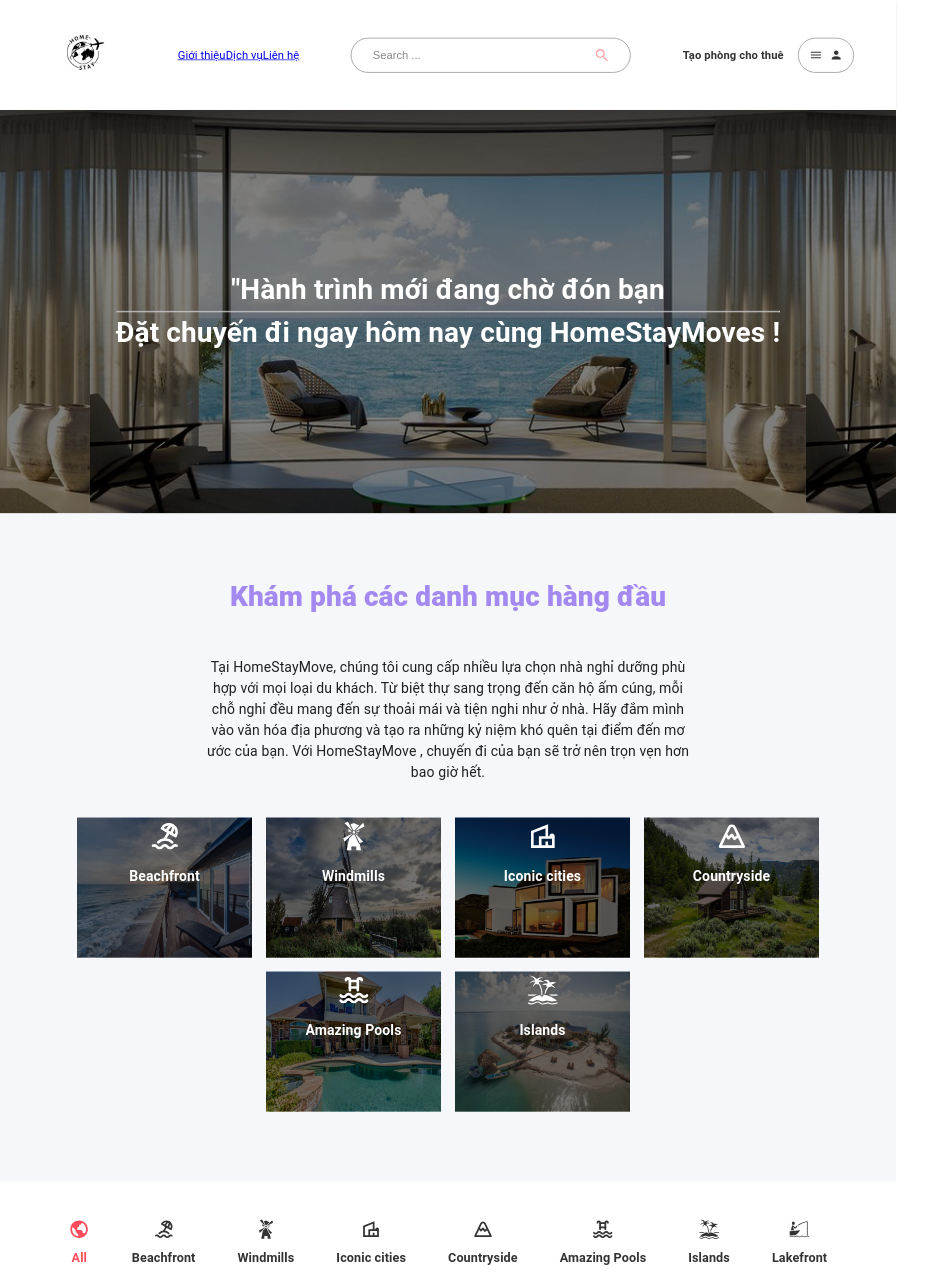
Repository: minhquang203/Homestay
Page: / (app in client/)
The author's editor kept a copy of each file at every save. The page is drawn from the files as they stood at one save, then again after the next save.
The browser window is 1280 px wide. The page is 1342 px wide, so the pictures cover 1342 px, including what lies to the right of the window. The pictures show the part of the page from y = 0 to 1840 px (the page is 2909 px tall), at 70% of full size.
The page's requests for data from a server got no answer. The project was rebuilt for these pictures with package versions that can differ from the ones it lists, and the page was loaded fresh each time. No one was signed in, and anything a server would have sent is missing. Also part of the build but not shown: client/src/styles/ListingCard.scss, client/src/components/ListingCard.jsx, client/src/styles/List.scss, client/src/pages/CategoryPage.jsx, client/src/styles/CreateListing.scss, client/src/styles/variable.scss, client/src/pages/CreateListing.jsx, client/src/styles/ListingDetails.scss and 17 more.

Above is the page before, as saved 2025-04-03 23:21:18.

After the next save:
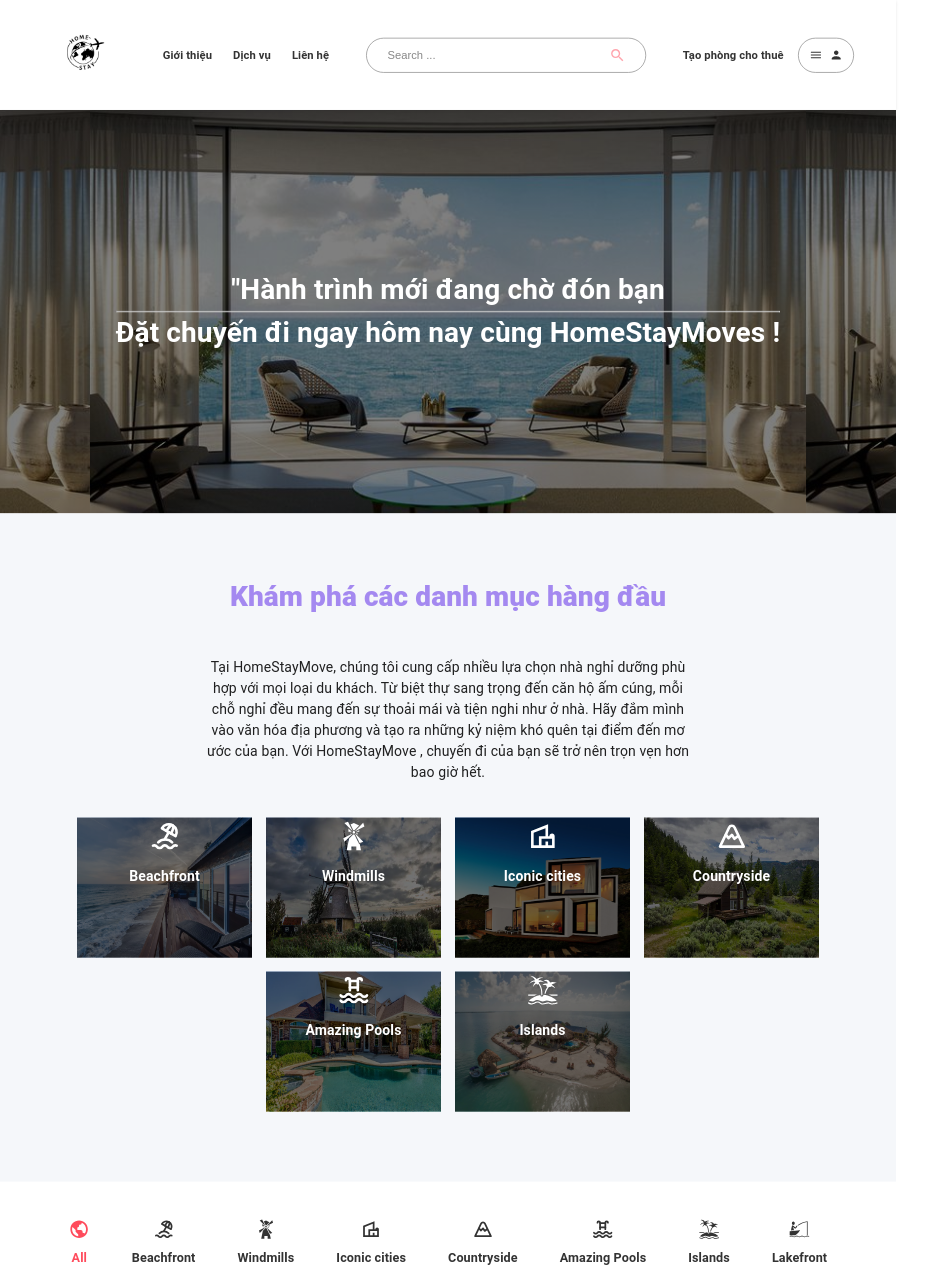
Saved 8 s later.
--- a/client/src/styles/Navbar.scss
+++ b/client/src/styles/Navbar.scss
@@ -24,6 +24,28 @@
 
     &:hover {
       transform: scale(1.1);
+    }
+  }
+
+  &_menu {
+    display: flex;
+    align-items: center;
+    gap: 30px;
+
+    a {
+      text-decoration: none;
+      color: $darkgrey;
+      font-weight: 600;
+      font-size: 1rem;
+      transition: color 0.3s ease;
+
+      &:hover {
+        color: $pinkred;
+      }
+    }
+
+    @include media-query(sm) {
+      display: none;
     }
   }
 
